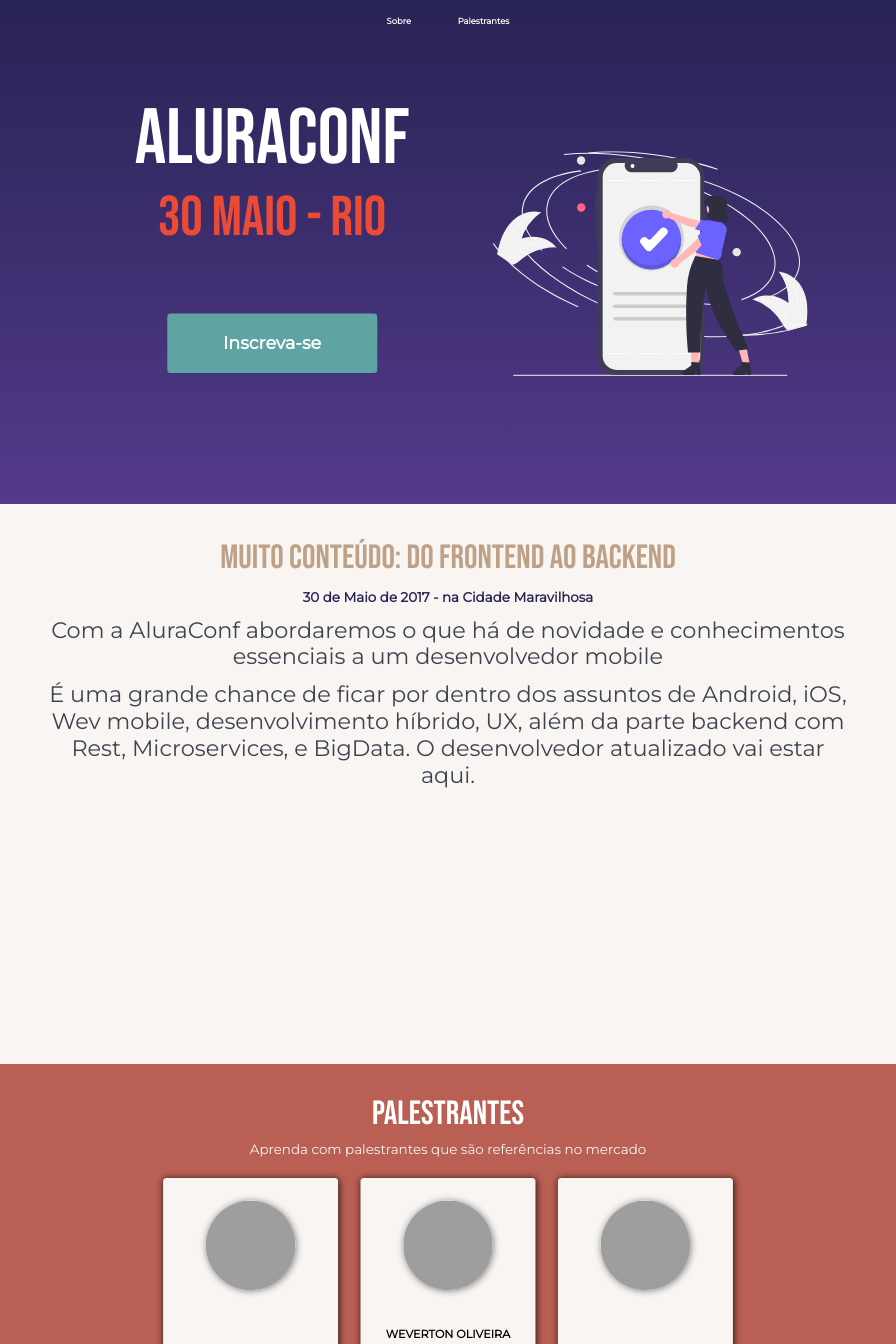
Repository: tomoliveira1/aluraconf
Page: index.html
These files come from the project's save history. The page is drawn as it stood at one moment and after the next save; the edit follows.
The browser window is 1280 px wide. The pictures show the part of the page from y = 0 to 1920 px (the page is 3072 px tall), at 70% of full size.
Pictures or frames that could not be fetched are drawn as grey boxes.

Above is the page before, as saved 2021-10-14 23:09:52.

After the next save:
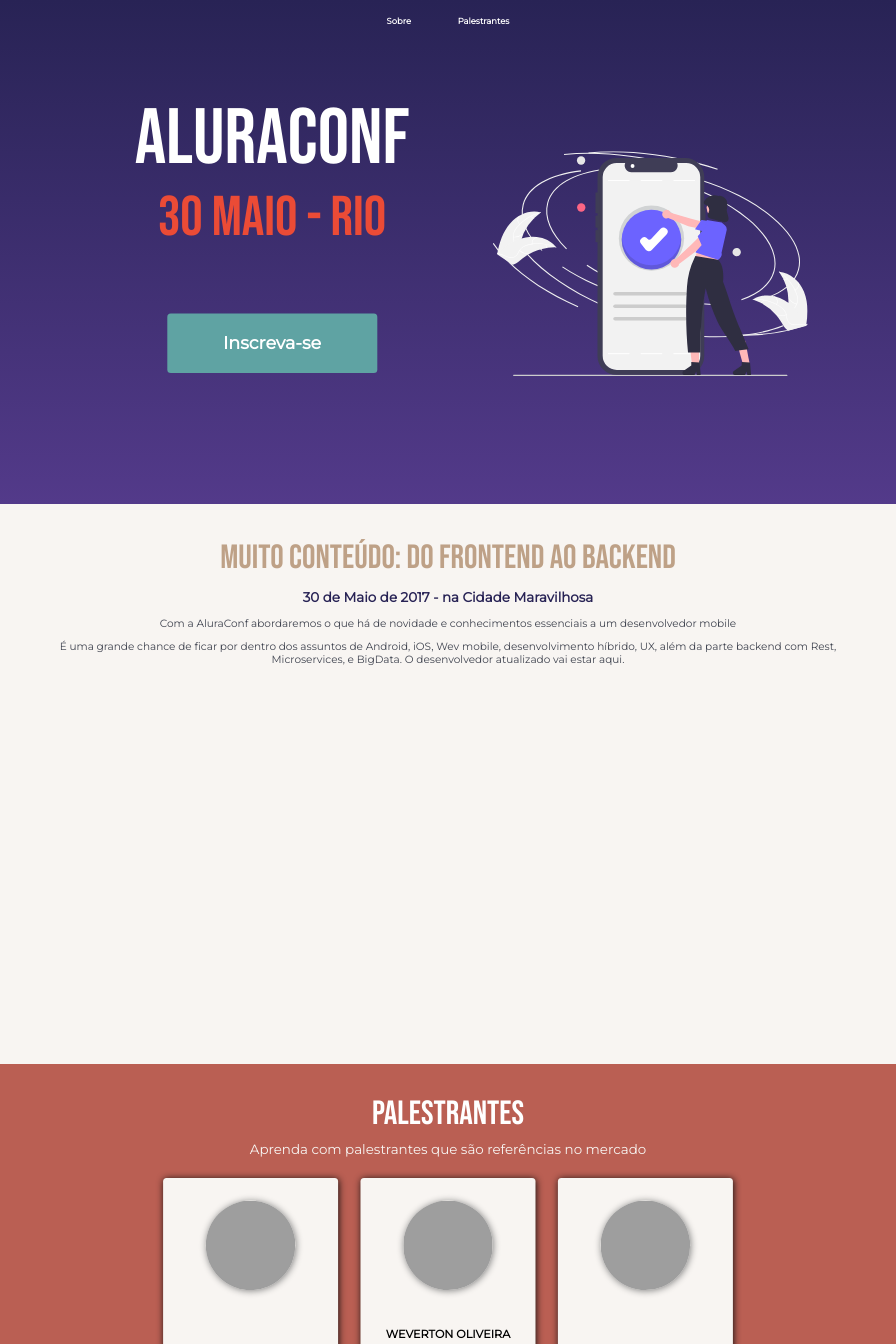
Saved 12 s later.
--- a/aluraconf/css/about.css
+++ b/aluraconf/css/about.css
@@ -27,5 +27,5 @@
   text-align: center;
   margin-bottom: 1rem;
   margin-right: 0;
-  font-size: 2rem;
+  font-size: 15px;
 }
